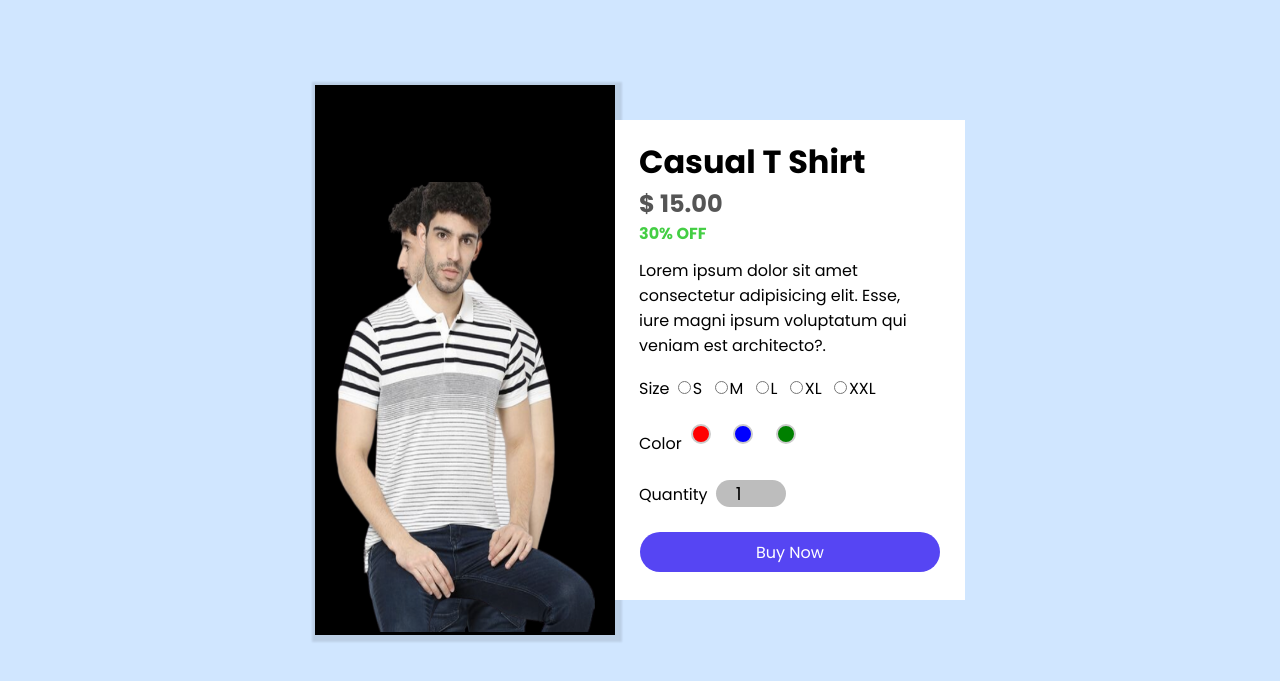
Repository: Ankitkr2021/Product-Page
Page: index.html
The author's editor kept a copy of each file at every save. The page is drawn from the files as they stood at one save, then again after the next save.
The browser window is 1280 px wide. The pictures show the whole page.

Above is the page before, as saved 2025-10-25 14:55:07.

After the next save:
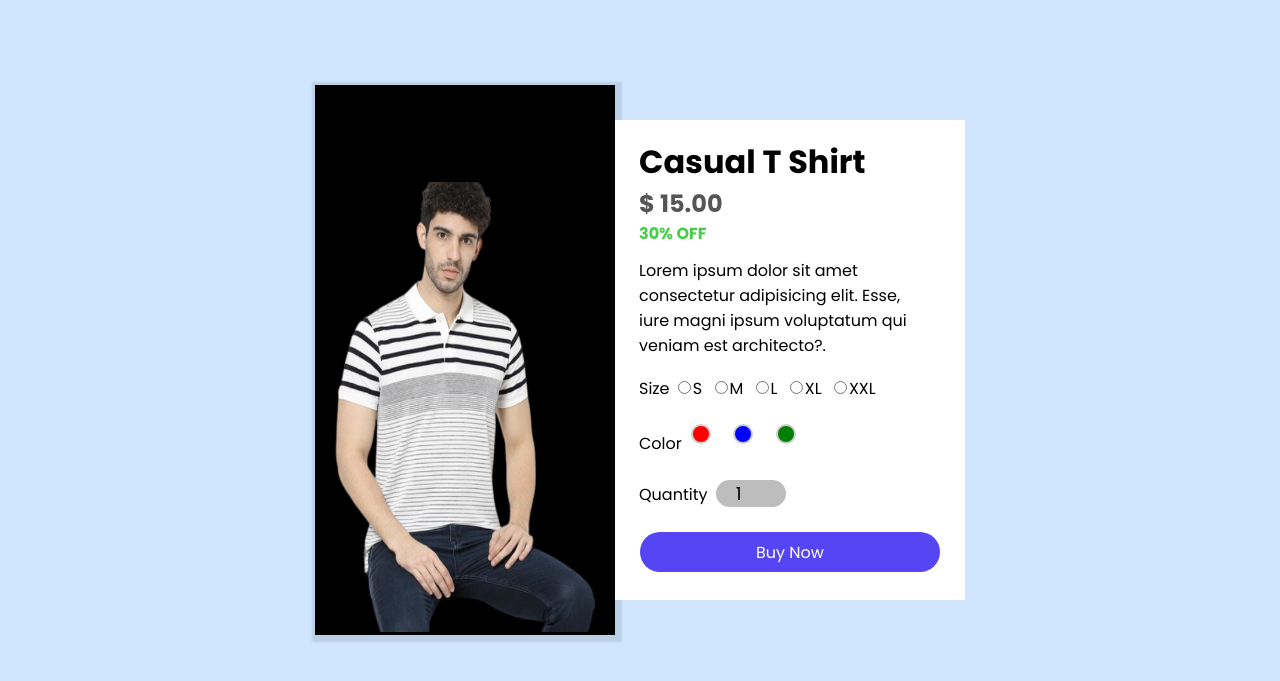
Saved 4 s later.
--- a/style.css
+++ b/style.css
@@ -39,7 +39,7 @@ img {
   bottom: 560px;
   height: 450px;
   width: 300px;
-  /* z-index: -1; */
+  z-index: -1;
 }
 
 .image3 {
